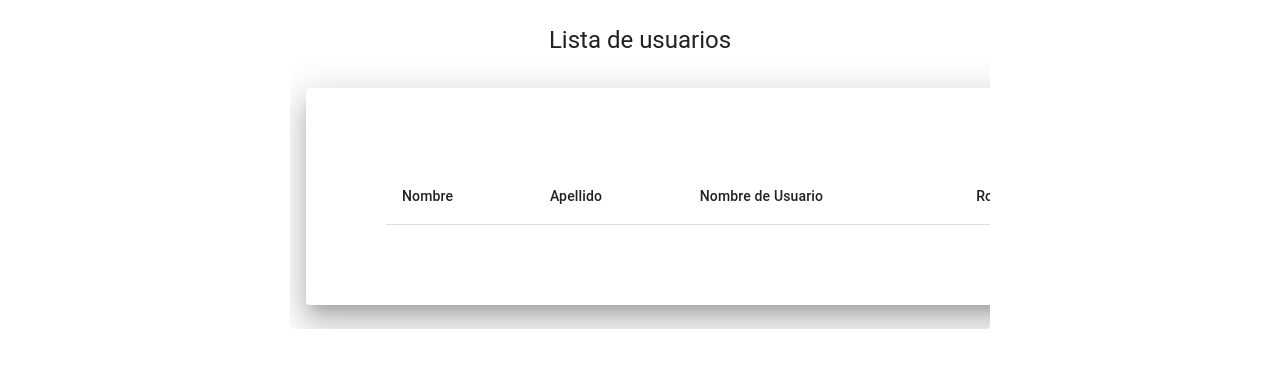
Repository: Mpablom/usuarioCaC-integrador-final-front
Page: /usuarios
These files come from the project's save history. The page is drawn as it stood at one moment and after the next save; the edit follows.
The browser window is 1280 px wide. The pictures show the whole page.
The page's requests for data from a server got no answer. The project was rebuilt for these pictures with package versions that can differ from the ones it lists, and the page was loaded fresh each time. No one was signed in, and anything a server would have sent is missing. Also part of the build but not shown: vite.config.ts, src/components/Login.tsx, src/index.css.

Above is the page before, as saved 2024-07-10 23:39:14.

After the next save:
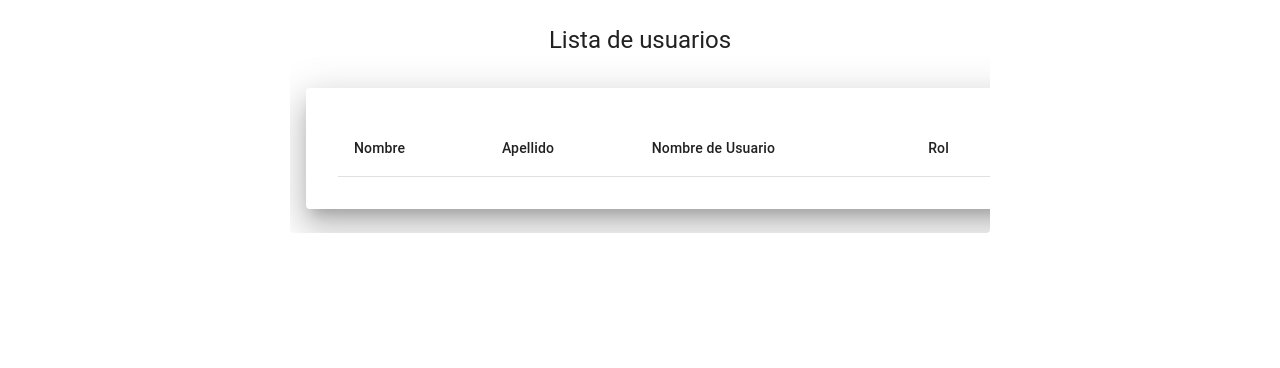
Saved 4 s later.
--- a/src/components/UsuariosTable.tsx
+++ b/src/components/UsuariosTable.tsx
@@ -37,7 +37,7 @@ const UsuariosTable: React.FC = () => {
         sx={{ textAlign: "center" }}
       ></CardHeader>
       <CardContent>
-        <TableContainer component={Paper} sx={{ boxShadow:'20', padding: 10 }}>
+        <TableContainer component={Paper} sx={{ boxShadow:'20', padding: 4 }}>
           <Table>
             <TableHead>
               <TableRow>
